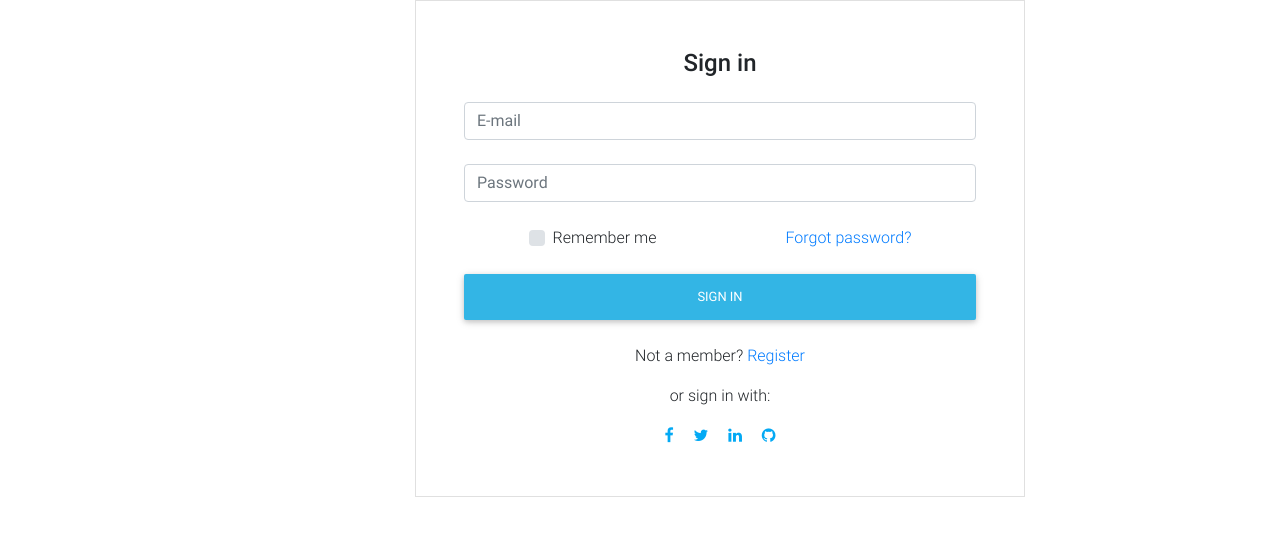
Repository: KJSCEhack/KJSCE_Vanquishers
Page: login_page.html
These files come from the project's save history. The page is drawn as it stood at one moment and after the next save; the edit follows.
The browser window is 1280 px wide. The pictures show the whole page.

Above is the page before, as saved 2018-10-06 04:06:08.

### login_page.html

<!DOCTYPE HTML>
<html>

<head>
    <!-- Font Awesome -->
    <link rel="stylesheet" href="https://maxcdn.bootstrapcdn.com/font-awesome/4.7.0/css/font-awesome.min.css">
    <!-- Bootstrap core CSS -->
    <link href="css/bootstrap.min.css" rel="stylesheet">
    <!-- Material Design Bootstrap -->
    <link href="css/mdb.min.css" rel="stylesheet">
    <!-- Your custom styles (optional) -->
    <link href="css/style.min.css" rel="stylesheet">
</head>
<body>
    <div class="col-md-6" style="margin-left:400px";>
    <!-- Default form login -->
<form class="text-center border border-light p-5">

    <p class="h4 mb-4">Sign in</p>

    <!-- Email -->
    <input type="email" id="defaultLoginFormEmail" class="form-control mb-4" placeholder="E-mail">

    <!-- Password -->
    <input type="password" id="defaultLoginFormPassword" class="form-control mb-4" placeholder="Password">

    <div class="d-flex justify-content-around">
        <div>
            <!-- Remember me -->
            <div class="custom-control custom-checkbox">
                <input type="checkbox" class="custom-control-input" id="defaultLoginFormRemember">
                <label class="custom-control-label" for="defaultLoginFormRemember">Remember me</label>
            </div>
        </div>
        <div>
            <!-- Forgot password -->
            <a href="">Forgot password?</a>
        </div>
    </div>

    <!-- Sign in button -->
    <button class="btn btn-info btn-block my-4" type="submit">Sign in</button>

    <!-- Register -->
    <p>Not a member?
        <a href="">Register</a>
    </p>

    <!-- Social login -->
    <p>or sign in with:</p>

    <a type="button" class="light-blue-text mx-2">
        <i class="fa fa-facebook"></i>
    </a>
    <a type="button" class="light-blue-text mx-2">
        <i class="fa fa-twitter"></i>
    </a>
    <a type="button" class="light-blue-text mx-2">
        <i class="fa fa-linkedin"></i>
    </a>
    <a type="button" class="light-blue-text mx-2">
        <i class="fa fa-github"></i>
    </a>

</form>
</div>
<!-- Default form login -->
</body>
</html>

Loaded but not shown: css/bootstrap.min.css (library); css/mdb.min.css (library); css/style.min.css (common file)

After the next save:
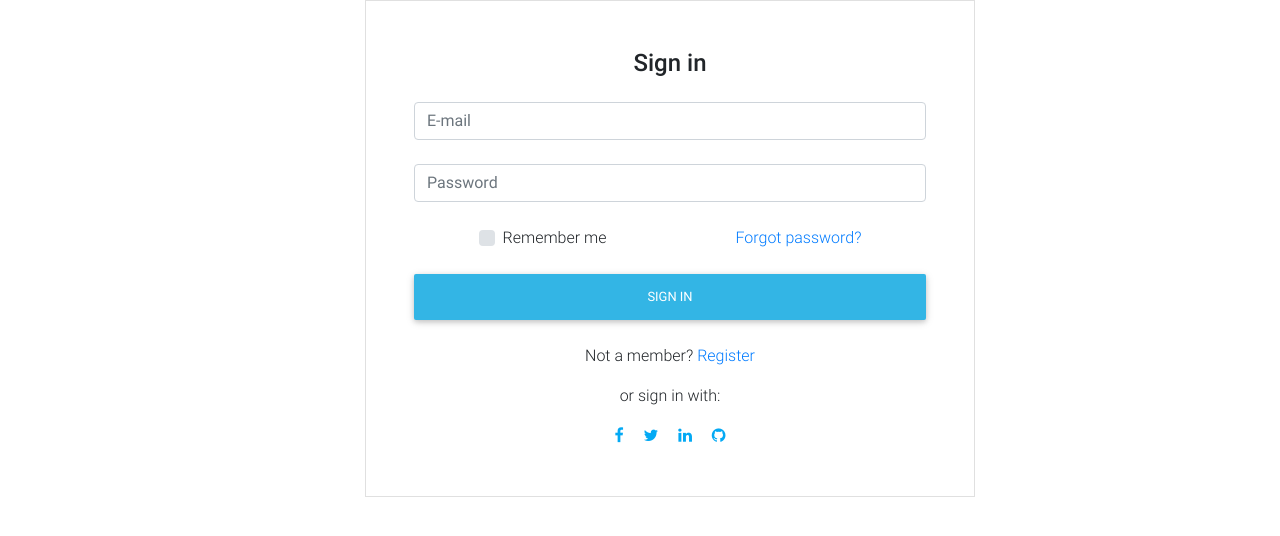
Saved 10 s later.
--- a/login_page.html
+++ b/login_page.html
@@ -13,7 +13,7 @@
     <link href="css/style.min.css" rel="stylesheet">
 </head>
 <body>
-    <div class="col-md-6" style="margin-left:400px";>
+    <div class="col-md-6" style="margin-left:350px";>
     <!-- Default form login -->
 <form class="text-center border border-light p-5">
 
